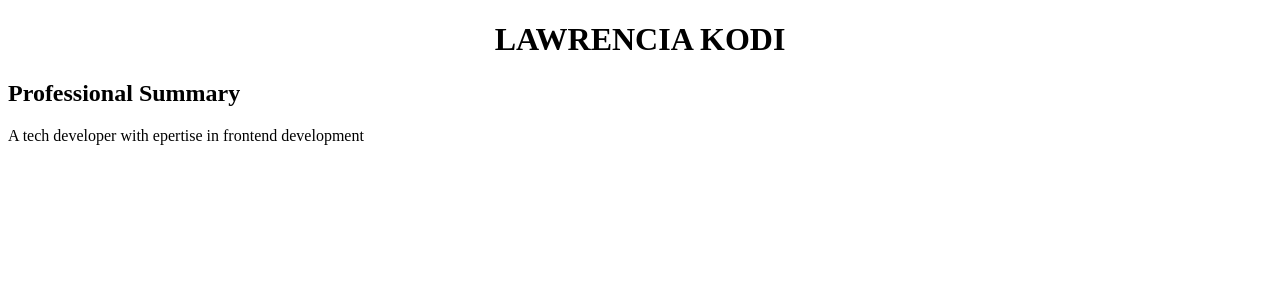
Repository: lawrencia-coder/T4G_CV
Page: index.html
An editor plug-in stored every save of this project. The page is shown before and after a run of saves, followed by the edit.
The browser window is 1280 px wide. The pictures show the whole page.
Some web libraries are served in a nearby version.

Above is the page before, as saved 2026-07-09 07:20:06.

### index.html
<!DOCTYPE html>
<html lang="en">
<head>
    <meta charset="UTF-8">
    <meta name="viewport" content="width=device-width, initial-scale=1.0">
    <script src="https://kit.fontawesome.com/c72fc9c022.js" crossorigin="anonymous"></script>
    <title>T4G_CV</title>
    <link rel="stylesheet" href="style.css">
</head>
<body>
    <h1>LAWRENCIA KODI</h1>
    <div class="cv-container">
        <div class="left column">
            <h2>Professional Summary</h2>
              <p>A tech developer with epertise in frontend development</p>
        </div>
         <div class="right column">
             <h2></h2>
         </div>
    </div>

</body>
</html>

### style.css
/* working on my headings */
h1{
    text-align: center;

}

After the next 5 saves:
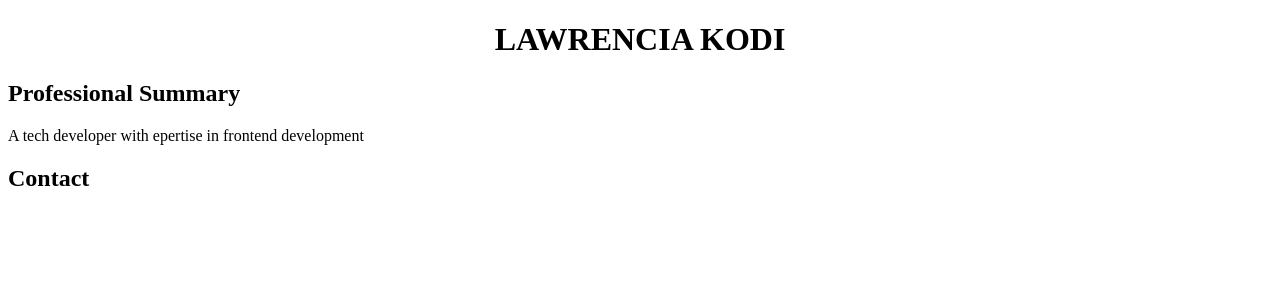
The 5 saves are shown as one change because they came seconds apart.
The last was saved 14 s later.
--- a/index.html
+++ b/index.html
@@ -15,7 +15,8 @@
               <p>A tech developer with epertise in frontend development</p>
         </div>
          <div class="right column">
-             <h2></h2>
+             <h2> Contact</h2>
+              <p></p>
          </div>
     </div>
 
